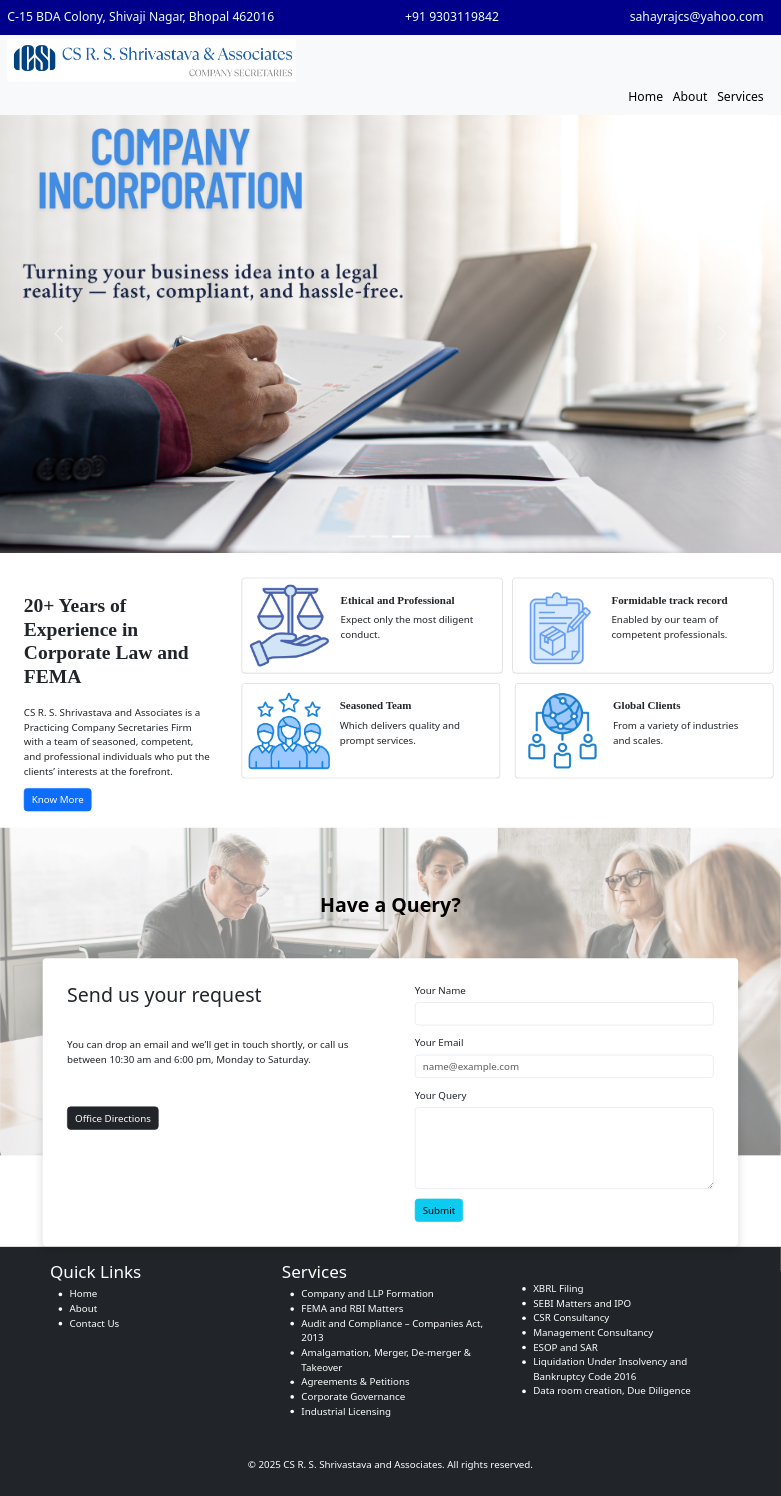
Repository: aayushiss/CS-RSS
Page: index.html
The author's editor kept a copy of each file at every save. The page is drawn from the files as they stood at one save, then again after the next save.
The browser window is 1280 px wide. The pictures show the whole page, at 61% of full size.

Above is the page before, as saved 2025-05-16 21:23:05.

After the next save:
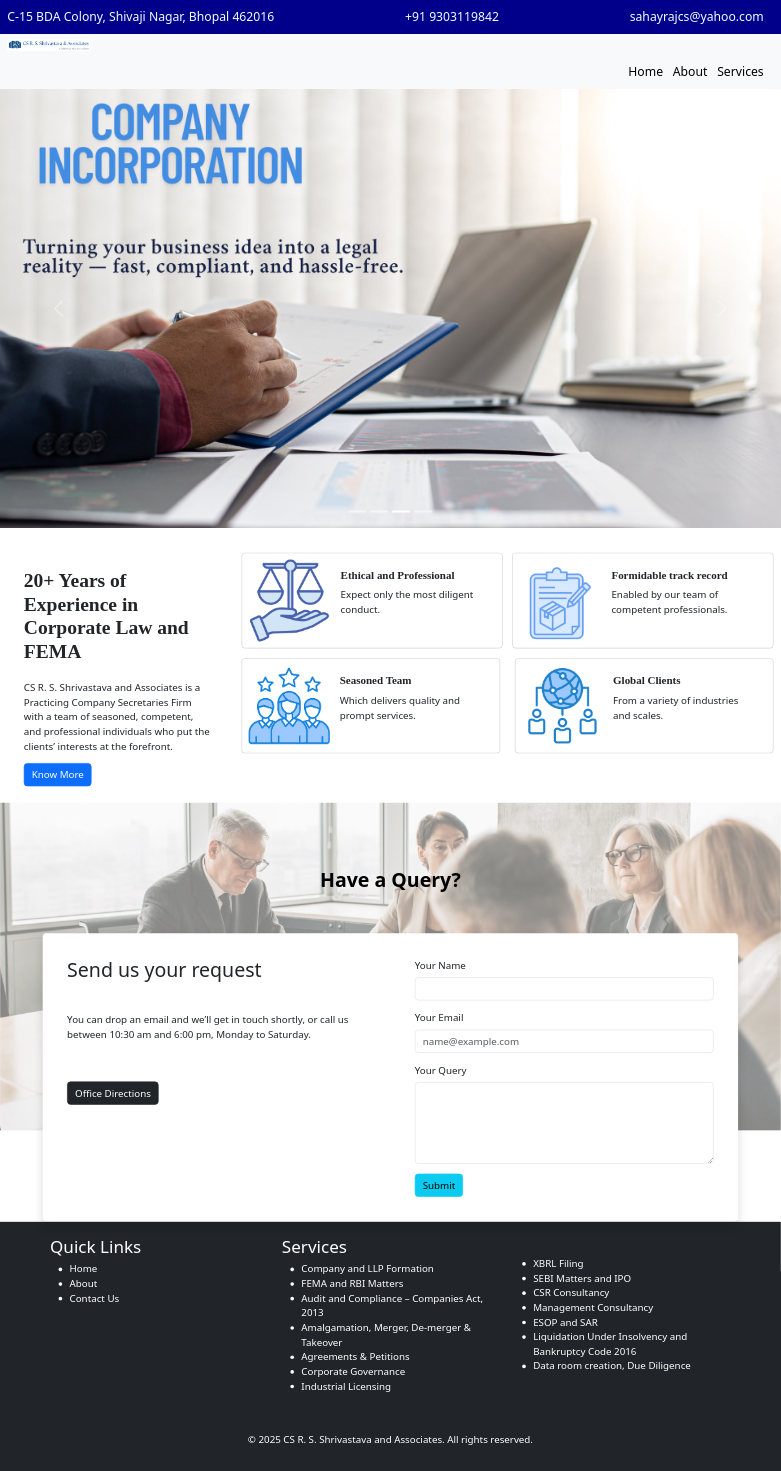
Saved 13 s later.
--- a/index.html
+++ b/index.html
@@ -25,7 +25,7 @@
   <nav class="navbar sticky-top second-navbar bg-light">
     <div class="container-fluid">
       <a class="navbar-brand" href="index.html">
-        <img src="images/icsi logo.jpg" alt="Logo" height="70rem" class="d-inline-block align-text-top">
+        <img src="images/icsi logo.jpg" alt="Logo" height="20vw" class="d-inline-block align-text-top">
       </a>
     </div>
     <div class="container-fluid d-flex justify-content-end">
